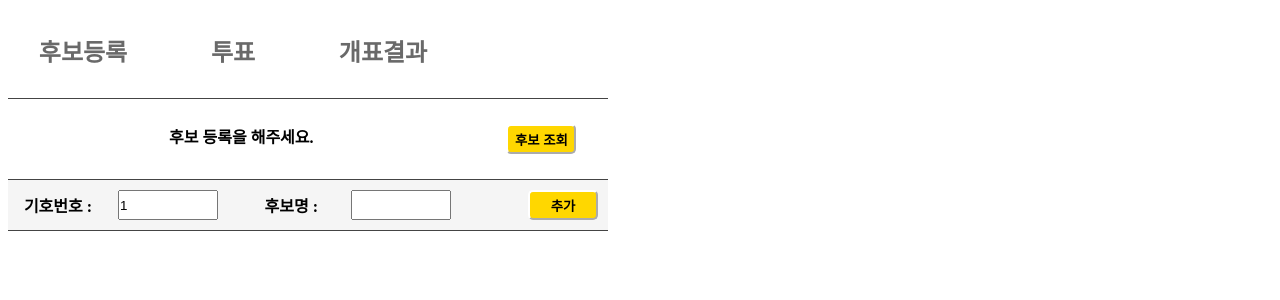
Repository: noheul1030/KOPO-HTML
Page: http://localhost/Tupyo/Tupyo/A_01_H.jsp
These files come from the project's save history. The page is drawn as it stood at one moment and after the next save; the edit follows.
The browser window is 1280 px wide. The pictures show the whole page.
The page is served by Tomcat 9. Queries for data that is not in the repository find no rows.

Above is the page before, as saved 2023-06-04 05:31:07.

After the next save:
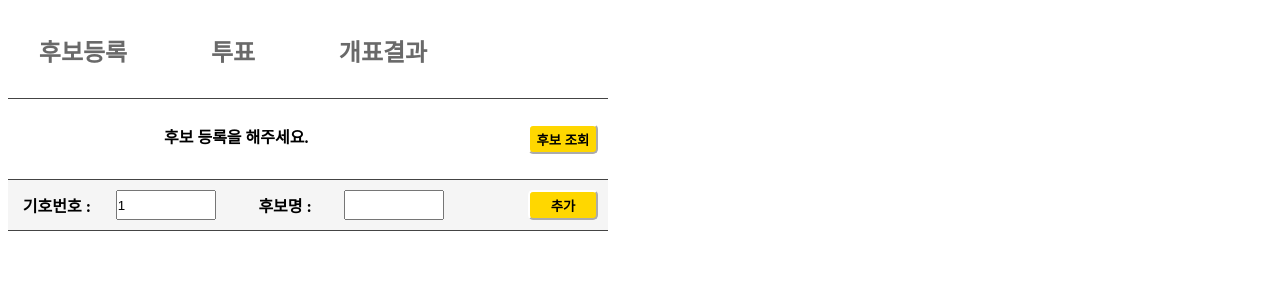
Saved 38 s later.
--- a/Tupyo/src/main/webapp/Tupyo/A_01_H.jsp
+++ b/Tupyo/src/main/webapp/Tupyo/A_01_H.jsp
@@ -107,7 +107,8 @@
 		<form method = 'post'>
 		<table>
 			<tr><td colspan="4"><h4>후보 등록을 해주세요.</h4></td>
-				<td><input class="fourth" type="submit" value="후보 조회" align=right style="width: 70px; height: 30px; padding: 0px;font-weight: bold;" formaction = 'A_03_H.jsp'></td>
+				<td align = right width = 22%>
+				<input class="fourth" type="submit" value="후보 조회" style="width: 70px; height: 30px; padding: 0px;font-weight: bold;" formaction = 'A_03_H.jsp'></td>
 			</tr>
 			<tr>
 				<td bgcolor=#f5f5f5 width=15% ><strong>기호번호 :</strong></td>
